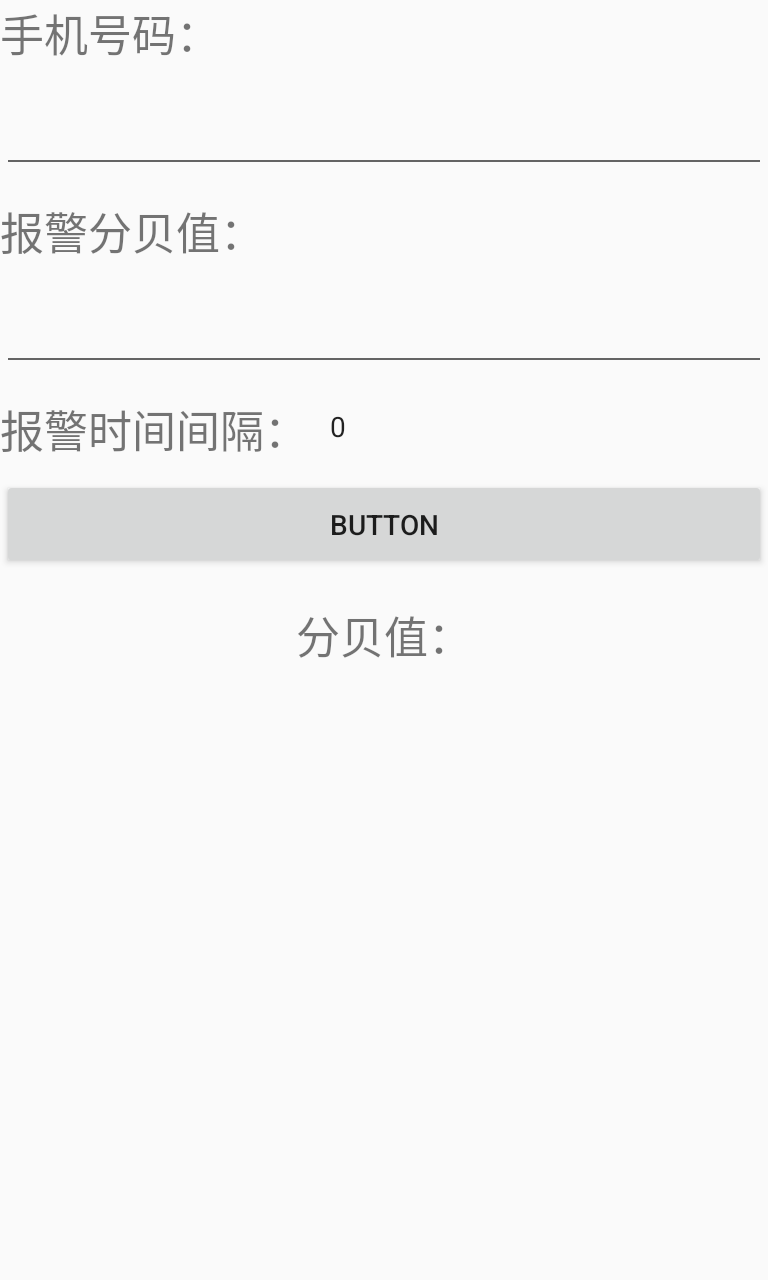
Repository: lovelyzhang/DBdetection
Layout: DBDetection/res/layout/activity_main.xml
An editor plug-in stored every save of this project. The layout is shown before and after the next save, followed by the edit.
It is drawn on a 768 x 1280 px phone screen (xhdpi) without system bars, with theme AppTheme; the app's code is not run.

Above is the layout before, as saved 2014-09-15 12:07:33.

### DBDetection/res/layout/activity_main.xml
<RelativeLayout
        xmlns:android="http://schemas.android.com/apk/res/android"
   		xmlns:tools="http://schemas.android.com/tools"
    	android:id="@+id/container"
    	android:layout_width="match_parent"
    	android:layout_height="match_parent"
    	tools:context="com.example.dbdetection.MainActivity">


     	<TextView
     	    android:id="@+id/CellText"
 	        android:layout_width="fill_parent"
        	android:layout_height="wrap_content"
        	android:text="手机号码："
        	android:textSize="10pt"
     	    />

     	<EditText
        	android:id="@+id/CellNo"
 	        android:layout_width="fill_parent"
        	android:layout_height="wrap_content"
        	android:textSize="10pt"
        	android:layout_below="@id/CellText"
        	android:maxLength="11"
        	android:numeric="integer"
        	android:layout_marginTop="20px"
     	    />

     	<TextView
     	    android:id="@+id/MaxDBText"
 	        android:layout_width="fill_parent"
        	android:layout_height="wrap_content"
        	android:text="报警分贝值："
        	android:textSize="10pt"
        	android:layout_below="@id/CellNo"
        	android:layout_marginTop="20px"
     	    />

     	<EditText
        	android:id="@+id/MaxDBValue"
 	        android:layout_width="fill_parent"
        	android:layout_height="wrap_content"
        	android:textSize="10pt"
        	android:layout_below="@id/MaxDBText"
        	android:maxLength="4"
        	android:numeric="integer"
	        android:layout_marginTop="20px"
     	    />
     	<TextView
     	    android:id="@+id/DBNumbers"
 	        android:layout_width="wrap_content"
        	android:layout_height="wrap_content"
        	android:text="报警时间间隔："
        	android:textSize="10pt"
        	android:layout_below="@id/MaxDBValue"
        	android:layout_marginTop="20px"
     	  	/>

 	    <NumberPicker
 	        android:id="@+id/np"
 	        android:layout_width="30dp"
 	        android:layout_height="30dp"
 	        android:layout_below="@id/MaxDBValue"
 	        android:layout_toRightOf="@id/DBNumbers"
 	        android:layout_marginTop="20px"
 	        />

        <Button
	        android:id="@+id/StartButton"
	        android:layout_width="fill_parent"
	        android:layout_height="wrap_content"
	        android:text="Button"
	        android:layout_below="@id/np"
	        android:layout_marginTop="20px"
        	/>

    	<TextView
	        android:id="@+id/DBText"
	        android:layout_width="fill_parent"
	        android:layout_height="wrap_content"
	        android:layout_marginTop="30px"
	        android:textSize="10pt"
	        android:text="分贝值："
	        android:gravity="center"
	        android:layout_below="@id/StartButton"
        	/>
    </RelativeLayout>

Loaded but not shown: DBDetection/res/values/styles.xml (common file); DBDetection/res/values-v11/styles.xml (common file); DBDetection/res/values-v14/styles.xml (common file)

After the next save:
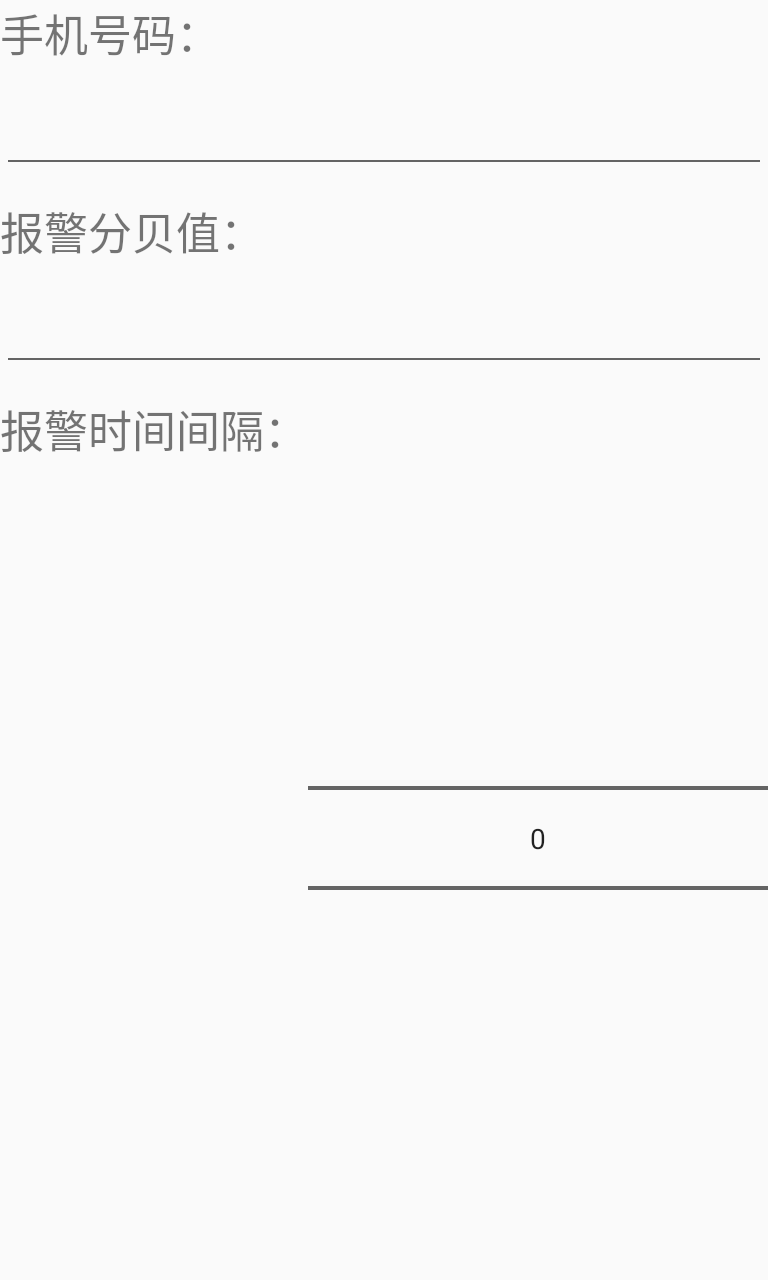
Saved 37 s later.
--- a/DBDetection/res/layout/activity_main.xml
+++ b/DBDetection/res/layout/activity_main.xml
@@ -58,12 +58,11 @@
 
  	    <NumberPicker
  	        android:id="@+id/np"
- 	        android:layout_width="30dp"
- 	        android:layout_height="30dp"
+ 	        android:layout_width="match_parent"
+ 	        android:layout_height="match_parent"
  	        android:layout_below="@id/MaxDBValue"
- 	        android:layout_toRightOf="@id/DBNumbers"
  	        android:layout_marginTop="20px"
- 	        />
+ 	        android:layout_toRightOf="@id/DBNumbers" />
 
         <Button
 	        android:id="@+id/StartButton"
